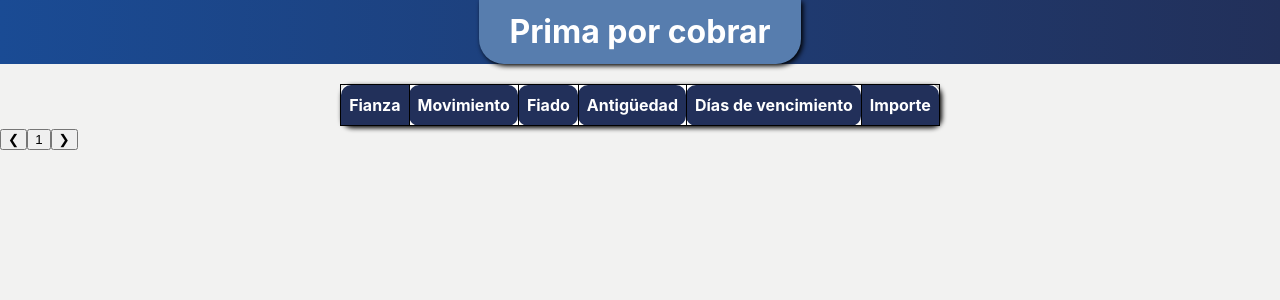
Repository: PCGP22/prueba-t-cnica-liberty-finanzas
Page: / (app in Prueba técnica full-stack/client/)
The author's editor kept a copy of each file at every save. The page is drawn from the files as they stood at one save, then again after the next save.
The browser window is 1280 px wide. The pictures show the whole page.
The page's requests for data from a server got no answer. The project was rebuilt for these pictures with package versions that can differ from the ones it lists, and the page was loaded fresh each time. No one was signed in, and anything a server would have sent is missing. Also part of the build but not shown: Prueba técnica full-stack/client/vite.config.js, Prueba técnica full-stack/client/src/components/Card.jsx, Prueba técnica full-stack/client/src/components/CardsContainer.jsx, Prueba técnica full-stack/client/src/components/Filters.jsx.

Above is the page before, as saved 2023-11-14 08:26:05.

### Prueba técnica full-stack/client/src/App.jsx
import { dataContext } from "./context/dataContext";
import Table from "./components/Table";
import { useEffect, useReducer } from "react";
import Pagination from "./components/pagination";
import reducer from "./hooks/Reducer";
import Header from "./components/Header";

function App() {
  let url = "http://localhost:5000/primas";
  const initialState = {
    backupData: {},
    data: {},
    dataToShow: {},
    currentPage: 1,
    maxPages: 1,
    contentPerPage: 8,
  };

  const [state, dispatch] = useReducer(reducer, initialState);
  useEffect(() => {
    fetch(url)
      .then((res) => res.json())
      .then((data) => dispatch({ type: "initialize", payload: data.primas }));
  }, [url]);

  return (
    <dataContext.Provider value={[state, dispatch]}>
      <Header />
      <Table />
      <Pagination />
    </dataContext.Provider>
  );
}

export default App;

### Prueba técnica full-stack/client/src/index.css
:root {
  font-family: Inter, system-ui, Avenir, Helvetica, Arial, sans-serif;
  line-height: 1.5;
  font-weight: 400;
  --background-color: #f2f2f1;
  --darkest-blue: #22305a;
  --blue: #1a4b94;
  --light-blue: #577dae;
  --lightest-blue: #9fbde4;
  --status-red: #de7878;
  --status-yellow: #f6c476;
  --status-green: #8fc475;
  --icon-red: #b93d3d;
  --icon-green: #6cb85d;
  --text-blue: #3a689d;
  --text-red:  #af2e2c;
  --box-shadow: black 2px 2px 5px;
}
body, h1{
  margin: 0;
  padding: 0;
}
body{
  background-color:var(--background-color);
}
header{
  display: flex;
  flex-direction: column;
  align-items: center;
}
h1{
  display: inline-block;
  padding: 8px 30px;
  border-radius: 0 0 25px 25px;
  background-color: var(--light-blue);
  color:white;
  text-align: center;
  box-shadow: var(--box-shadow);
}

header{
  background-image: linear-gradient(to right,var(--blue), var(--darkest-blue));
  width: 100%;
}

.filters{
  margin-top: 40px;
  display: flex;
  gap: 40px;
  align-self: flex-start;
  padding-left: 5%;
}
.filters select{
  height: 40px;
  font-size: larger;
  border-radius: 5px;
  border: black 2px solid;
}

.cards{
  padding: 2% 5%;
  box-sizing: border-box;
  display: flex;
  justify-content: space-between;
  width: 100%;
}

.cards figure{
  background-color: var(--background-color);
  min-width: 250px;
  padding: 0.5% 2%;
  border-radius: 10px;
  box-shadow: var(--box-shadow);
}

.cards figure h3{
  margin: 0;
}

.cards figure > p{
  font-size: 1.8em;
  text-align: center;
}

.cards div{
  display: inline-flex;
  flex-wrap: wrap;
  max-width: 40%;
  align-items: center;
  justify-content: center;
  gap:20px;
}

.cards div p {
  margin: 0;
}

.cards div p:first-of-type {
  font-size: 1.5em;
}

.cards div p:last-of-type{
  font-size: 1.2em;
  margin: 0;
}

.icon{
  background-image: linear-gradient(to right,var(--blue), var(--darkest-blue));
  font-size: 1.5em;
  padding: 4px;
  border-radius: 50%;
}
.positive{
  color:var(--text-blue);
  margin-right: 20px;
}
.negative{
  color:var(--text-red);
  margin-left:20px;
}
.cross{
  color: var(--icon-red)
}
.check{
  color: var(--icon-green)
}

table{
  margin: auto;
  margin-top: 20px;
  background-color:white;
  border-radius:15px;
  box-shadow: var(--box-shadow);
}
table tr:first-child{
  background-color:var(--darkest-blue);
  color:white;
}

table tr th:first-child{
  border-radius:10px 0 0 0;
}


table tr th:last-child{
  border-radius: 0 10px  0 0;
}
table tr th{
  padding: 8px;
}

table, td, th{
  padding: 2px 8px;
  border-spacing: 0;
  border-collapse: collapse;
  border: black solid 1px;
  border-radius: 10px;
}

table tr:nth-child(2n){
  background-color:var(--lightest-blue)
}
table tr:hover{
  text-decoration: underline;
}

table tr:nth-child(2n):hover{
  filter:brightness(110%)
}
table tr:nth-child(2n-1):hover{
  /* color:red; */
  background-color: var(--background-color);
}

table tr:first-child:hover{
  background-color:var(--darkest-blue);
  text-decoration: none;
}

.green{
  background-color:var(--status-green);
  border-radius:0;
}
.yellow{
  background-color:var(--status-yellow);
  border-radius:0;
}
.red{
  background-color:var(--status-red);
  border-radius:0;
}

### Prueba técnica full-stack/client/src/context/dataContext.js
import { createContext } from "react";

export const dataContext = createContext();

### Prueba técnica full-stack/client/src/components/Table.jsx
import { calculateAntiquityInDays } from "../utils/utils";
import { useContext } from "react";
import { dataContext } from "../context/dataContext";

function Table() {
  const [state, dispatch] = useContext(dataContext);

  return (
    <table>
      <tbody>
        <tr>
          <th>Fianza</th>
          <th>Movimiento</th>
          <th>Fiado</th>
          <th>Antigüedad</th>
          <th>Días de vencimiento</th>
          <th>Importe</th>
        </tr>
        {state.dataToShow.length > 0 &&
          state.dataToShow.map((t) => {
            let antiquity = calculateAntiquityInDays(
              t.datos["fecha de emisión"]
            );
            let daysSinceStale = calculateAntiquityInDays(
              t.datos["fecha de vencimiento"]
            );
            if (daysSinceStale < 0) daysSinceStale = 0;
            return (
              <tr key={t.datos.código_de_fianza}>
                <td>{t.datos.código_de_fianza}</td>
                <td>{t.datos.tipo_de_movimiento}</td>
                <td>{t.datos.fiado}</td>
                <td
                  className={`green ${daysSinceStale > 30 && "yellow"} ${
                    daysSinceStale > 60 && "red"
                  }`}>
                  {antiquity}
                </td>
                <td
                  className={`green ${daysSinceStale > 30 && "yellow"} ${
                    daysSinceStale > 60 && "red"
                  }`}>
                  {daysSinceStale}
                </td>
                <td>${t.datos.importe.toLocaleString()}</td>
              </tr>
            );
          })}
      </tbody>
    </table>
  );
}

export default Table;

### Prueba técnica full-stack/client/src/components/pagination.jsx
import { useContext } from "react";
import { dataContext } from "../context/dataContext";

function Pagination() {
  const [state, dispatch] = useContext(dataContext);

  //   return <button onClick={() => dispatch({ type: "change" })}>Cambiar</button>;
  //   const { state.maxPages, state.currentPage, setstate.CurrentPage, setNextPage, setPrevPage } =
  // useContext(dataContext);
  //This pagination is somewhat complex because I've used it before in bigger proyects.
  //First, it initializes the pagination buttons to the first 6 numbers except for the number 1
  //The reason it doesn't includes the first page is because the first and last page buttons are always shown
  let pagesButtons = [2, 3, 4, 5, 6];
  //while the current page stays on the first three pages, show all first 6
  //The reason for the if, it's that I want the first 6 buttons to be shown when returning from the latest pages
  if (
    state.currentPage === 1 ||
    state.currentPage === 2 ||
    state.currentPage === 3
  ) {
    pagesButtons = [2, 3, 4, 5, 6];
  }
  //As soon as we change to page 4 or more, let's follow the current page and
  //add two buttons to the left and two to the right
  if (state.currentPage >= 4) {
    pagesButtons = [
      state.currentPage - 2,
      state.currentPage - 1,
      state.currentPage,
      state.currentPage + 1,
      state.currentPage + 2,
    ];
  }
  //When approaching to the right end of the pagination, show the last 5 pages
  if (
    state.currentPage === state.maxPages - 1 ||
    state.currentPage === state.maxPages - 2 ||
    state.currentPage === state.maxPages
  ) {
    //The reason it doesn't includes the last page is because the first and last page buttons are always shown
    pagesButtons = [
      state.maxPages - 5,
      state.maxPages - 4,
      state.maxPages - 3,
      state.maxPages - 2,
      state.maxPages - 1,
    ];
  }
  return (
    <section className="pagination">
      <button
        //About the class: When in first or last page the navigation chevrons will have a special class
        //The same happens when the button is the current page
        className={`${state.currentPage === 1 && "disabled"}`}
        onClick={() => dispatch({ type: "prevPage" })}>
        ❮
      </button>
      {/* First button, always shown */}
      <button
        className={`${state.currentPage === 1 && "disabled"}`}
        onClick={() => dispatch({ type: "setPage", payload: 1 })}>
        1
      </button>
      {/* Adds three dots in case the current page is bigger than 4*/}
      {state.currentPage > 4 && <p>•••</p>}
      {/* Map through all pages defined in the first part*/}
      {pagesButtons.map((p) => {
        if (p > 1 && p < state.maxPages)
          return (
            <button
              className={`${state.currentPage === p && "disabled"}`}
              key={p}
              onClick={() => dispatch({ type: "setPage", payload: p })}>
              {p}
            </button>
          );
      })}
      {/* Adds three dots in case the current page is getting closer to the right end*/}
      {state.currentPage < state.maxPages - 3 && <p>•••</p>}
      {/* If there's more than 1 page, show always the last page*/}
      {state.maxPages > 1 && (
        <button
          className={`${state.currentPage === state.maxPages && "disabled"}`}
          onClick={() =>
            dispatch({ type: "setPage", payload: state.maxPages })
          }>
          {state.maxPages}
        </button>
      )}
      <button
        className={`${state.currentPage === state.maxPages && "disabled"}`}
        onClick={() => dispatch({ type: "nextPage" })}>
        ❯
      </button>
    </section>
  );
}

export default Pagination;

### Prueba técnica full-stack/client/src/hooks/Reducer.js
function reducer(state, action) {
  function divideData(data, currentPage, state) {
    let dividedData = data.slice(
      (currentPage - 1) * state.contentPerPage,
      currentPage * state.contentPerPage
    );
    return dividedData;
  }
  function calculateMaxPages(data, state) {
    let maxPages = Math.ceil(data.length / state.contentPerPage);
    return maxPages;
  }
  const { type, payload } = action;
  switch (type) {
    case "initialize":
      return {
        ...state,
        backupData: payload,
        data: payload,
        dataToShow: divideData(payload, 1, state),
        maxPages: calculateMaxPages(payload, state),
      };
    case "prevPage":
      if (state.currentPage > 1) {
        return {
          ...state,
          currentPage: state.currentPage - 1,
          dataToShow: divideData(state.data, state.currentPage - 1, state),
        };
      } else return state;
    case "nextPage":
      if (state.currentPage < state.maxPages) {
        return {
          ...state,
          currentPage: state.currentPage + 1,
          dataToShow: divideData(state.data, state.currentPage + 1, state),
        };
      } else return state;
    case "setPage":
      return {
        ...state,
        currentPage: payload,
        dataToShow: divideData(state.data, payload, state),
      };
    case "filter":
      if (payload.filter === "") {
        return { ...state, dataToShow: state.backupData };
      } else
        return {
          ...state,
          dataToShow: state.backupData.filter(
            (d) => d[payload.type] === payload.filter
          ),
        };
    default:
      return state;
  }
}

export default reducer;

### Prueba técnica full-stack/client/src/components/Header.jsx
import CardsContainer from "./CardsContainer";
import Filters from "./Filters";

function Header() {
  return (
    <header>
      <h1>Prima por cobrar</h1>
      <Filters />
      <CardsContainer />
    </header>
  );
}

export default Header;

### Prueba técnica full-stack/client/src/utils/utils.js
//This function calculates how many days have passed since a date
export function calculateAntiquityInDays(date) {
  let parsedDate = parseDate(date);
  const CONSTANT_Ms_TO_DAYS = 86400000;
  let today = new Date();
  let comparisonDate = new Date(parsedDate);
  return Math.trunc((today - comparisonDate) / CONSTANT_Ms_TO_DAYS) - 1;
}

//transforms the date DD/MM/YYYY to an acceptable MM/DD/YYYY
function parseDate(date) {
  let stringToArray = date.split("/");
  let temp = stringToArray[0];
  stringToArray[0] = stringToArray[1];
  stringToArray[1] = temp;
  return stringToArray.join("/");
}

Loaded but not shown: Prueba técnica full-stack/client/index.html (common file); Prueba técnica full-stack/client/src/main.jsx (common file)

After the next save:
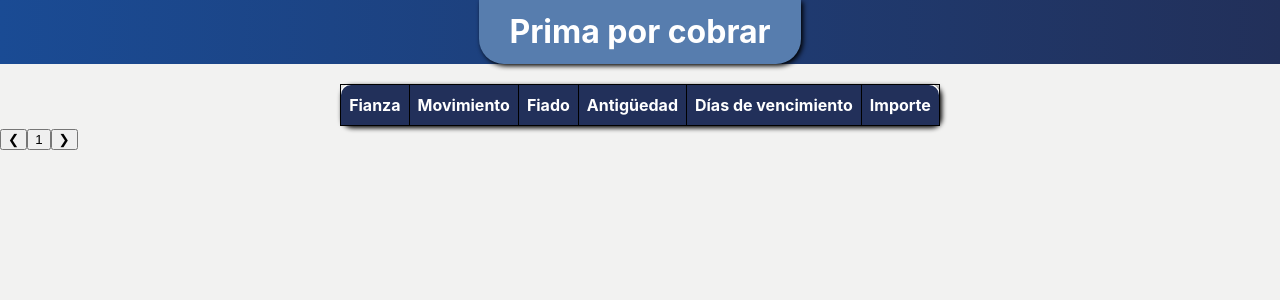
Saved 44 s later.
--- a/Prueba técnica full-stack/client/src/index.css
+++ b/Prueba técnica full-stack/client/src/index.css
@@ -177,9 +177,11 @@ table tr:first-child:hover{
   text-decoration: none;
 }
 
+th, tr{
+  border-radius:0;
+}
 .green{
   background-color:var(--status-green);
-  border-radius:0;
 }
 .yellow{
   background-color:var(--status-yellow);
